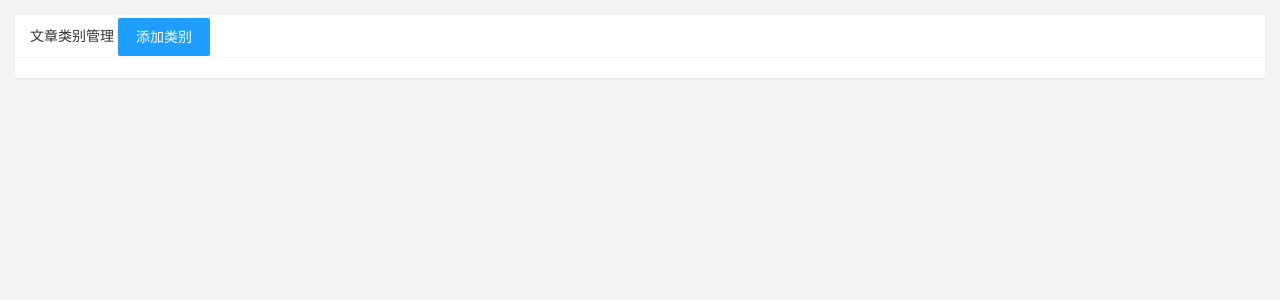
Repository: Janshen111/web_bigevent
Page: article/art_cate.html
The author's editor kept a copy of each file at every save. The page is drawn from the files as they stood at one save, then again after the next save.
The browser window is 1280 px wide. The pictures show the whole page.

Above is the page before, as saved 2022-09-01 14:15:07.

### article/art_cate.html
<!DOCTYPE html>
<html lang="en">

<head>
    <meta charset="UTF-8">
    <meta http-equiv="X-UA-Compatible" content="IE=edge">
    <meta name="viewport" content="width=device-width, initial-scale=1.0">
    <title>Document</title>
    <link rel="stylesheet" href="/assets/lib/layui/css/layui.css">
    <link rel="stylesheet" href="/assets/css/article/art_cate.css">
</head>

<body>
    <!-- 卡片面板 -->
    <div class="layui-card">
        <div class="layui-card-header">
            <span>文章类别管理</span>
            <button type="button" class="layui-btn layui-btn-normal">添加类别</button>
        </div>
        <div class="layui-card-body">

        </div>
    </div>

</body>

</html>

Loaded but not shown: assets/lib/layui/css/layui.css (library); assets/css/article/art_cate.css (common file)

After the next save:
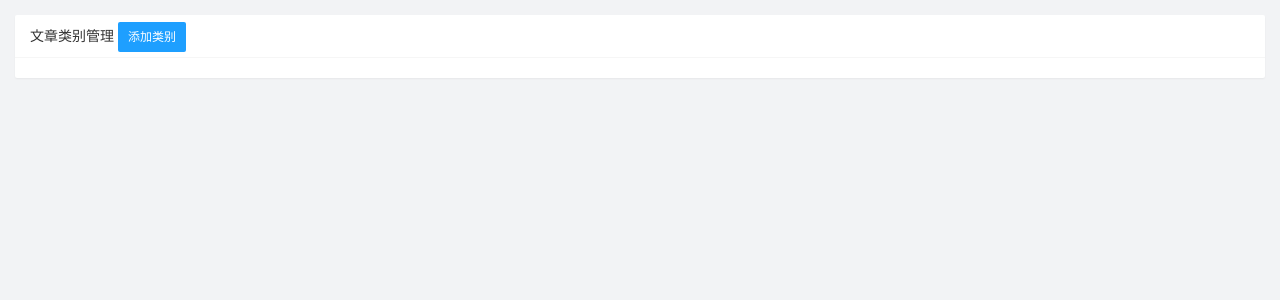
Saved 32 s later.
--- a/article/art_cate.html
+++ b/article/art_cate.html
@@ -15,7 +15,7 @@
     <div class="layui-card">
         <div class="layui-card-header">
             <span>文章类别管理</span>
-            <button type="button" class="layui-btn layui-btn-normal">添加类别</button>
+            <button type="button" class="layui-btn layui-btn-normal  layui-btn-sm">添加类别</button>
         </div>
         <div class="layui-card-body">
 
